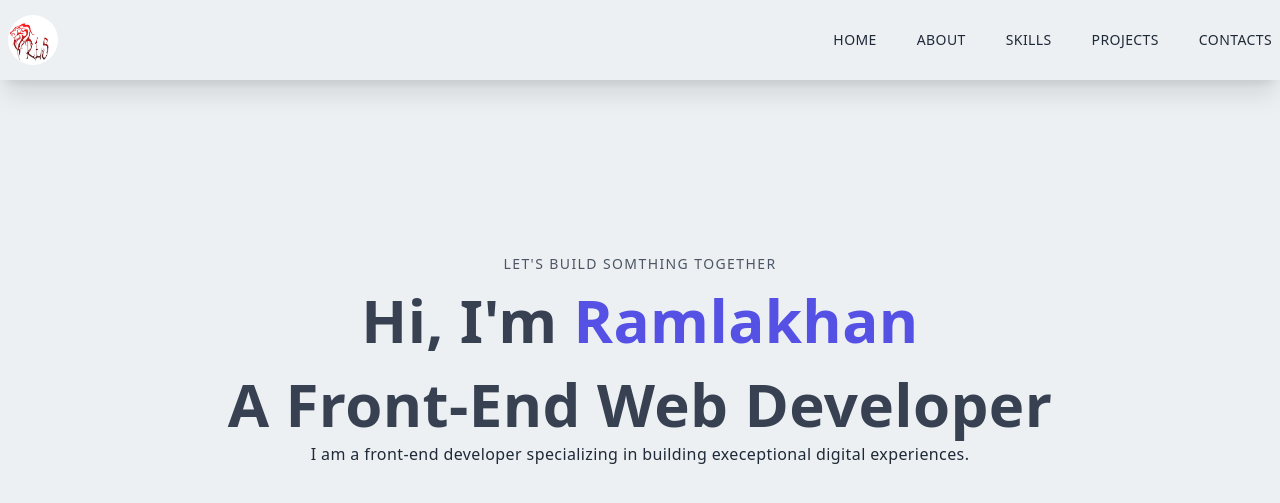
Repository: ram2642/portfolio-using-next-js
Page: /
These files come from the project's save history. The page is drawn as it stood at one moment and after the next save; the edit follows.
The browser window is 1280 px wide. The pictures show the whole page.
The project was rebuilt for these pictures with package versions that can differ from the ones it lists, and the page was loaded fresh each time. The framework's server and built-in components were replaced by stand-ins that run in the browser. Also part of the build but not shown: next.config.js.

Above is the page before, as saved 2022-09-04 01:55:33.

### pages/index.js
// import { Main } from 'next/document'
import Head from 'next/head'
import Image from 'next/image'
import Main from '../components/Main'
import Navbar from '../components/Navbar'


export default function Home() {
  return (
    <div className="">
      <Head>
        <title>Ramlakhan | Front-End Developer</title>
        <meta name="description" content="Generated by create next app" />
        <link rel="icon" href="/favicon.ico" />
      </Head>
      <Navbar/>
      <Main/>

    </div>
  )
}

### styles/globals.css
@tailwind base;
@tailwind components;
@tailwind utilities;


@layer base {
  body {
    @apply bg-[#ecf0f3] text-[#1f2937] tracking-wide
  }
  h1, h2, h3, h4, h5, h6 {
    @apply font-bold;
  }
  h1 {
    @apply text-4xl sm:text-5xl md:text-6xl;
  }
  h2 {
    @apply text-3xl sm:text-4xl;
  }
  li {
    @apply cursor-pointer;
  }
  button {
    @apply shadow-xl shadow-gray-400 rounded-xl uppercase bg-gradient-to-r from-[#5651e5] to-[#709dff] text-white
  }
  }

### components/Main.jsx
import React from 'react'

const Main = () => {
  return (
    <div className='w-full h-screen text-center'>
   <div className='max-w-[1240px] w-full h-full mx-auto p-2 flex justify-center items-center'>
    <div>
      <p className='uppercase text-sm tracking-widest text-gray-600'>Let's build somthing together</p>
      <h1 className='py-4 text-gray-700'>
        Hi, I'm <span className='text-[#5651e5]'> Ramlakhan</span>
      </h1>
      <h1 className='py-2 text-gray-700'>
        A Front-End Web Developer
      </h1>
      <p>
        I am a front-end developer specializing in building execeptional digital experiences.
      </p>
    </div>

   </div>
    </div>
  )
}

export default Main

### components/Navbar.jsx
import Image from "next/image";
import React, { useState } from "react";
import Link from "next/link";
import { AiOutlineClose, AiOutlineMenu, AiOutlineMail } from "react-icons/ai";
import { FaLinkedinIn, FaGithub } from "react-icons/fa";
import { BsFillPersonLinesFill } from "react-icons/bs";

const Navbar = () => {
  const [nav, setNav] = useState(false);

  const handleNav = () => {
    setNav(!nav);
  };
  return (
    <div className="fixed w-full h-20 shadow-xl z-[100]">
      <div className="flex justify-between items-center w-full h-full px-2 2xl:px-16">
        <Image
          className="rounded-full cursor-pointer"
          src="data:[embedded picture, 6010 characters]"
          alt=""
          width="50"
          height="50"
        />
        <div>
          <ul className="hidden md:flex">
            <Link href="/">
              <li className="ml-10 text-sm uppercase hover:border-b">Home</li>
            </Link>
            <Link href="/">
              <li className="ml-10 text-sm uppercase hover:border-b">About</li>
            </Link>
            <Link href="/">
              <li className="ml-10 text-sm uppercase hover:border-b">Skills</li>
            </Link>
            <Link href="/">
              <li className="ml-10 text-sm uppercase hover:border-b">
                Projects
              </li>
            </Link>
            <Link href="/">
              <li className="ml-10 text-sm uppercase hover:border-b">
                Contacts
              </li>
            </Link>
          </ul>
          <div onClick={handleNav} className="md:hidden cursor-pointer">
            <AiOutlineMenu size={25} />
          </div>
        </div>
      </div>
      <div className={nav ? 'md:hidden fixed left-0 top-0 w-full h-screen bg-black/70' : ''}>
        <div className={nav ? "fixed left-0 top-0 w-[75%] sm:w-[60%] md:w-[45%] h-screen bg-[#ecf0f3] p-10 ease-in duration-500" : "fixed left-[-100%] top-0  p-10 ease-in duration-500"}>
          <div>
            <div className="flex w-full items-center justify-between">
              <Image
                className="rounded-full cursor-pointer"
                src="data:[embedded picture, 6010 characters]"
                alt=""
                width="50"
                height="50"
              />
              <div onClick={handleNav} className="rounded-full shadow-lg shadow-gray-400 p-3 cursor-pointer">
                <AiOutlineClose />
              </div>
            </div>
            <div className="border-b border-gray-300 my-4">
              <p className="w-[85%] md:w-[905] PY-4">
                Let's builds something legendary together
              </p>
            </div>
          </div>
          <div className="py-4 flex flex-col">
            <ul className="uppercase">
              <Link href="/">
                <li className="py-4 text-sm">Home</li>
              </Link>
              <Link href="/">
                <li className="py-4 text-sm">About</li>
              </Link>
              <Link href="/">
                <li className="py-4 text-sm">Skills</li>
              </Link>
              <Link href="/">
                <li className="py-4 text-sm">Projects</li>
              </Link>
              <Link href="/">
                <li className="py-4 text-sm">Contacts</li>
              </Link>
            </ul>
            <div className="pt-40">
              <p className="uppercase tracking-widest text-[#5651e5]">
                Let's Connect
              </p>
              <div className="flex items-center justify-between my-4 w-full sm:w-[80%]">
                <div className="rounded-full shadow-lg shadow-gray-400 p-3 cursor-pointer hover:scale-105 ease-in duration-300">
                  <FaLinkedinIn />
                </div>
                <div className="rounded-full shadow-lg shadow-gray-400 p-3 cursor-pointer hover:scale-105 ease-in duration-300">
                  <FaGithub />
                </div>
                <div className="rounded-full shadow-lg shadow-gray-400 p-3 cursor-pointer hover:scale-105 ease-in duration-300">
                  <AiOutlineMail />
                </div>
                <div className="rounded-full shadow-lg shadow-gray-400 p-3 cursor-pointer hover:scale-105 ease-in duration-300">
                  <BsFillPersonLinesFill />
                </div>
              </div>
            </div>
          </div>
        </div>
      </div>
    </div>
  );
};

export default Navbar;

Loaded but not shown: pages/_app.js (common file); tailwind.config.js (common file)

After the next save:
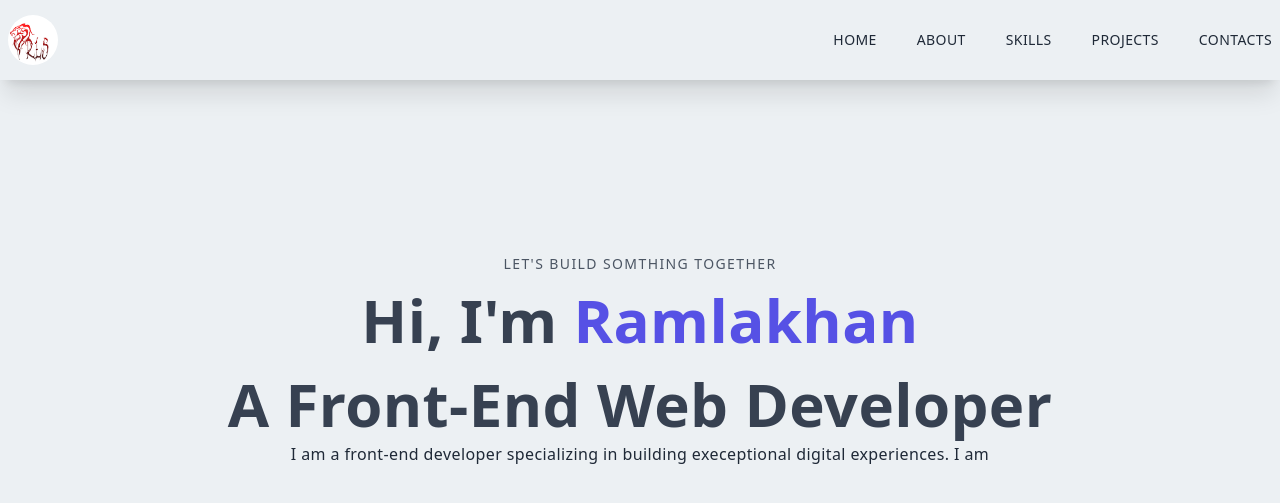
Saved 11 s later.
--- a/components/Main.jsx
+++ b/components/Main.jsx
@@ -13,7 +13,7 @@ const Main = () => {
         A Front-End Web Developer
       </h1>
       <p>
-        I am a front-end developer specializing in building execeptional digital experiences.
+        I am a front-end developer specializing in building execeptional digital experiences. I am
       </p>
     </div>
 
